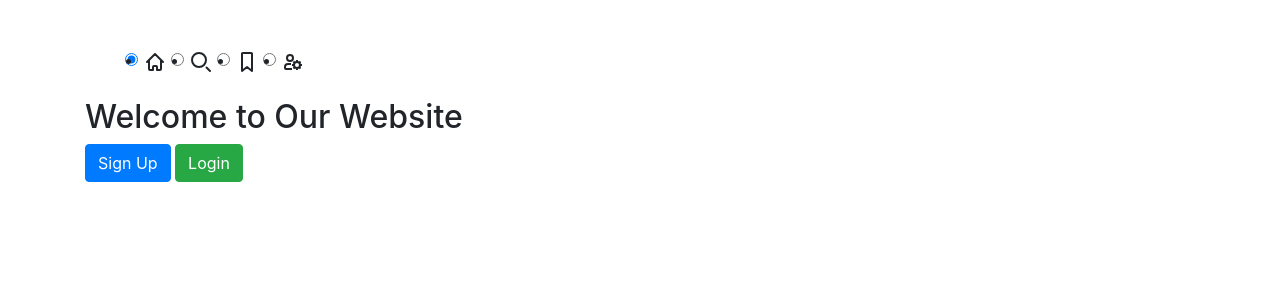
Repository: khoilvgcc210040/nextgenedu
Page: http://localhost/
These files come from the project's save history. The page is drawn as it stood at one moment and after a run of saves; the edit follows.
The browser window is 1280 px wide. The pictures show the whole page.
The page is served by the project's application, run on Django 5.2 (manage.py).

Above is the page before, as saved 2024-08-10 18:13:38.

After the next 4 saves:
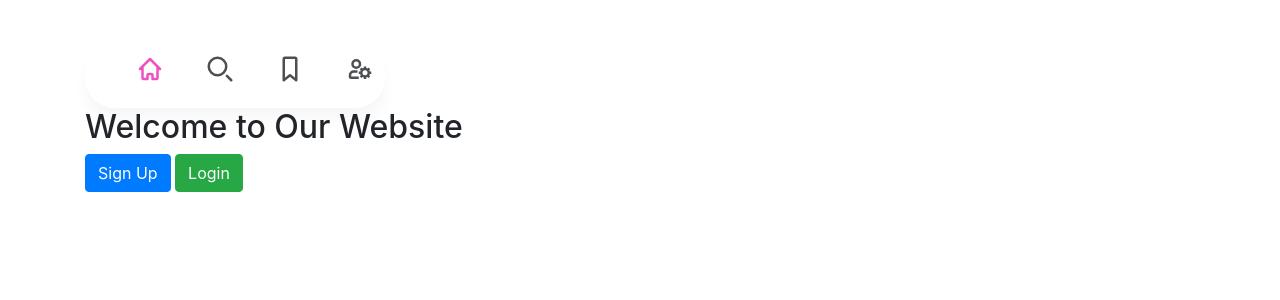
The 4 saves are shown as one change because they came seconds apart.
The last was saved 17 s later.
--- a/templates/home.html
+++ b/templates/home.html
@@ -8,7 +8,55 @@
     <link href="https://stackpath.bootstrapcdn.com/bootstrap/4.5.2/css/bootstrap.min.css" rel="stylesheet">
 </head>
 <style>
+    #navbody {
+    width: 300px;
+    height: 60px;
+    background-color: rgb(255, 255, 255);
+    border-radius: 40px;
+    box-shadow: 0px 10px 15px rgba(0, 0, 0, 0.041);
+    align-items: center;
+    justify-content: center;
+    display: flex;
+    }
 
+    .ul {
+    list-style: none;
+    width: 100%;
+    background-color: transparent;
+    display: flex;
+    justify-content: space-between;
+    margin-top: 5px;
+    }
+
+    .ul .li {
+    display: inline-block;
+    }
+
+    .radio {
+    display: none;
+    }
+
+    .svg {
+    width: 70px;
+    height: 70px;
+    opacity: 80%;
+    cursor: pointer;
+    padding: 13px 20px;
+    transition: 0.2s;
+    }
+
+    .ul .li .svg:hover {
+    transition: 0.1s;
+    color: rgb(235, 40, 176);
+    position: relative;
+    margin-top: -4px;
+    opacity: 100%;
+    }
+
+    .radio:checked + label .li .svg {
+    color: rgb(235, 40, 176);
+    fill-rule: evenodd;
+    }
 </style>
 <body>
     <div class="container mt-5">
